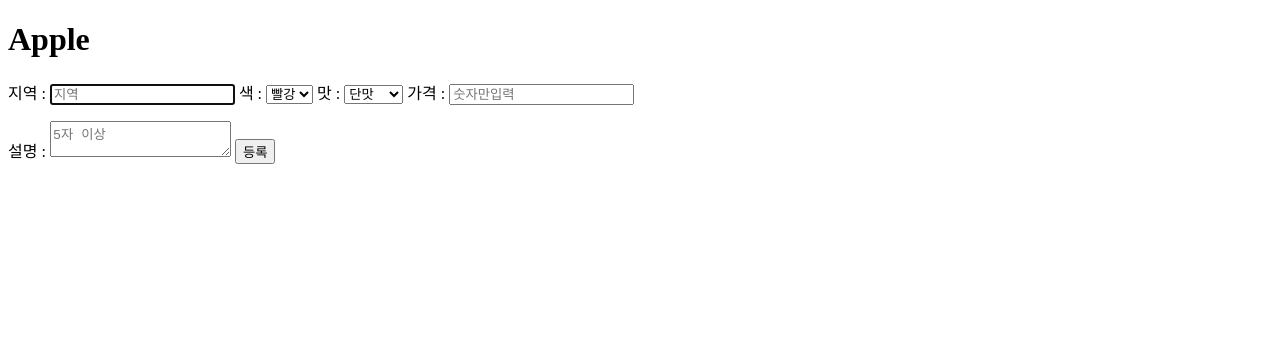
Repository: kmw7691/Soldesk
Page: http://localhost/Nov17_1_DSP_DB/apple/reg.jsp
The author's editor kept a copy of each file at every save. The page is drawn from the files as they stood at one save, then again after the next save.
The browser window is 1280 px wide. The pictures show the whole page.
The page is served by Tomcat 9. Other server files are loaded and not shown.

Above is the page before, as saved 2023-11-20 00:39:05.

### Nov17_1_DSP_DB/src/main/webapp/apple/reg.jsp
<%@ page language="java" contentType="text/html; charset=UTF-8"
    pageEncoding="UTF-8"%>
<!DOCTYPE html>
<html>
<head>
<meta charset="UTF-8">
<title>reg.jsp</title>
</head>
<body>
	<h1>Apple</h1><!-- DBtable의 칼럼이 뭐가잇나 생각해서 -->
	<form action="">
		지역 : <input name="a.location" autocomplete="off"
		autofocus="autofocus" placeholder="지역">
		색 : <select name="a.color">
				<option>빨강</option>
				<option>초록</option>
				<option>파랑</option>
				<option>검정</option>
				<option>노랑</option>
			</select>
		맛 : <select name="a.flavor">
				<option>단맛</option>
				<option>쓴맛</option>
				<option>신맛</option>
				<option>매운맛</option>
				<option>단맛</option>
			</select>
		가격 : <input name="a.price" autocomplete="off" placeholder="숫자만입력"><p>
		설명 : <textarea name="a.introduce" maxlength="80"
				autocomplete="off" placeholder="5자 이상"></textarea>
		<button>등록</button>
	</form>
</body>
</html>

After the next save:
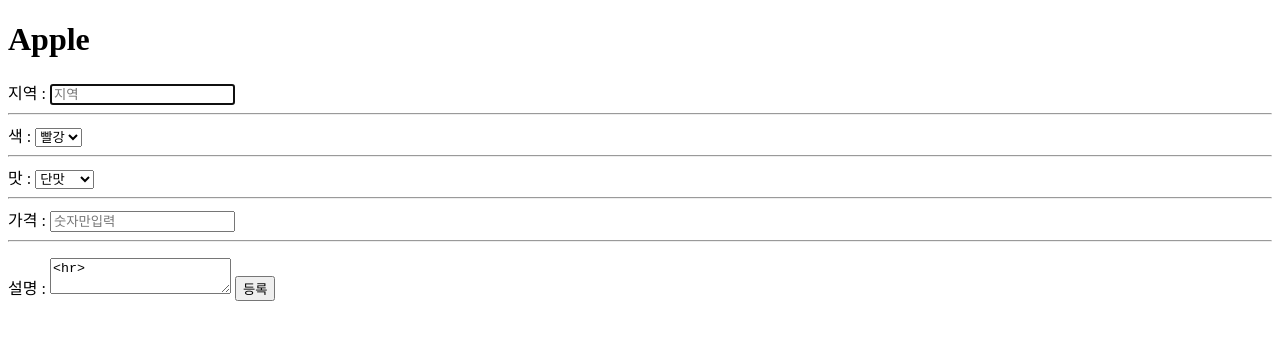
Saved 117 s later.
--- a/Nov17_1_DSP_DB/src/main/webapp/apple/reg.jsp
+++ b/Nov17_1_DSP_DB/src/main/webapp/apple/reg.jsp
@@ -10,24 +10,24 @@
 	<h1>Apple</h1><!-- DBtable의 칼럼이 뭐가잇나 생각해서 -->
 	<form action="">
 		지역 : <input name="a.location" autocomplete="off"
-		autofocus="autofocus" placeholder="지역">
+		autofocus="autofocus" placeholder="지역"><hr>
 		색 : <select name="a.color">
 				<option>빨강</option>
 				<option>초록</option>
 				<option>파랑</option>
 				<option>검정</option>
 				<option>노랑</option>
-			</select>
+			</select><hr>
 		맛 : <select name="a.flavor">
 				<option>단맛</option>
 				<option>쓴맛</option>
 				<option>신맛</option>
 				<option>매운맛</option>
 				<option>단맛</option>
-			</select>
-		가격 : <input name="a.price" autocomplete="off" placeholder="숫자만입력"><p>
+			</select><hr>
+		가격 : <input name="a.price" autocomplete="off" placeholder="숫자만입력"><hr><p>
 		설명 : <textarea name="a.introduce" maxlength="80"
-				autocomplete="off" placeholder="5자 이상"></textarea>
+				autocomplete="off" placeholder="5자 이상"><hr></textarea>
 		<button>등록</button>
 	</form>
 </body>
